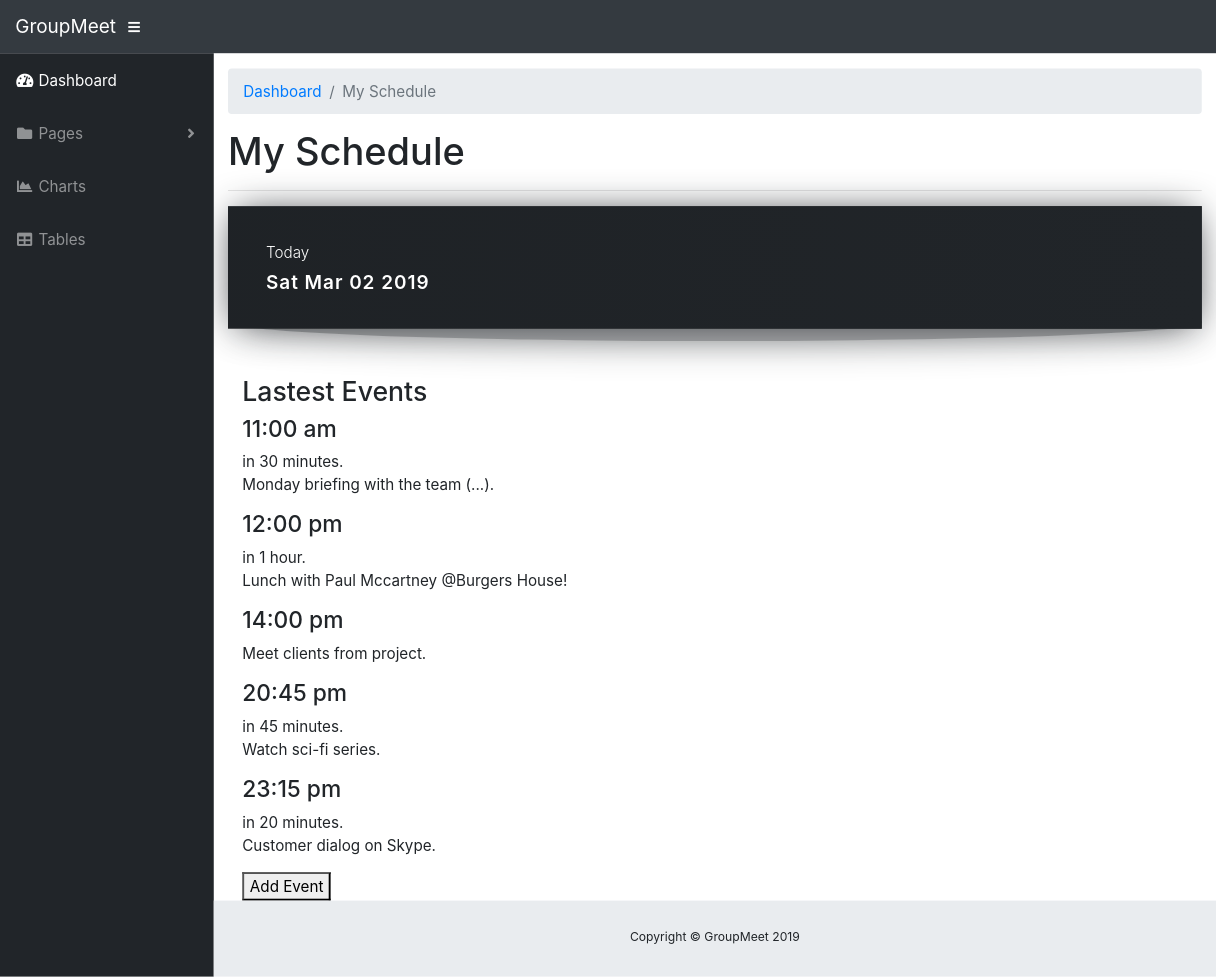
Repository: Map2g/GroupMeet
Page: messing_around.html
The author's editor kept a record of every edit. The page is drawn from the files as they stood at one moment, then again after the next edit.
The browser window is 1280 px wide. The pictures show the whole page, at 95% of full size.

Above is the page before.

After the next edit:
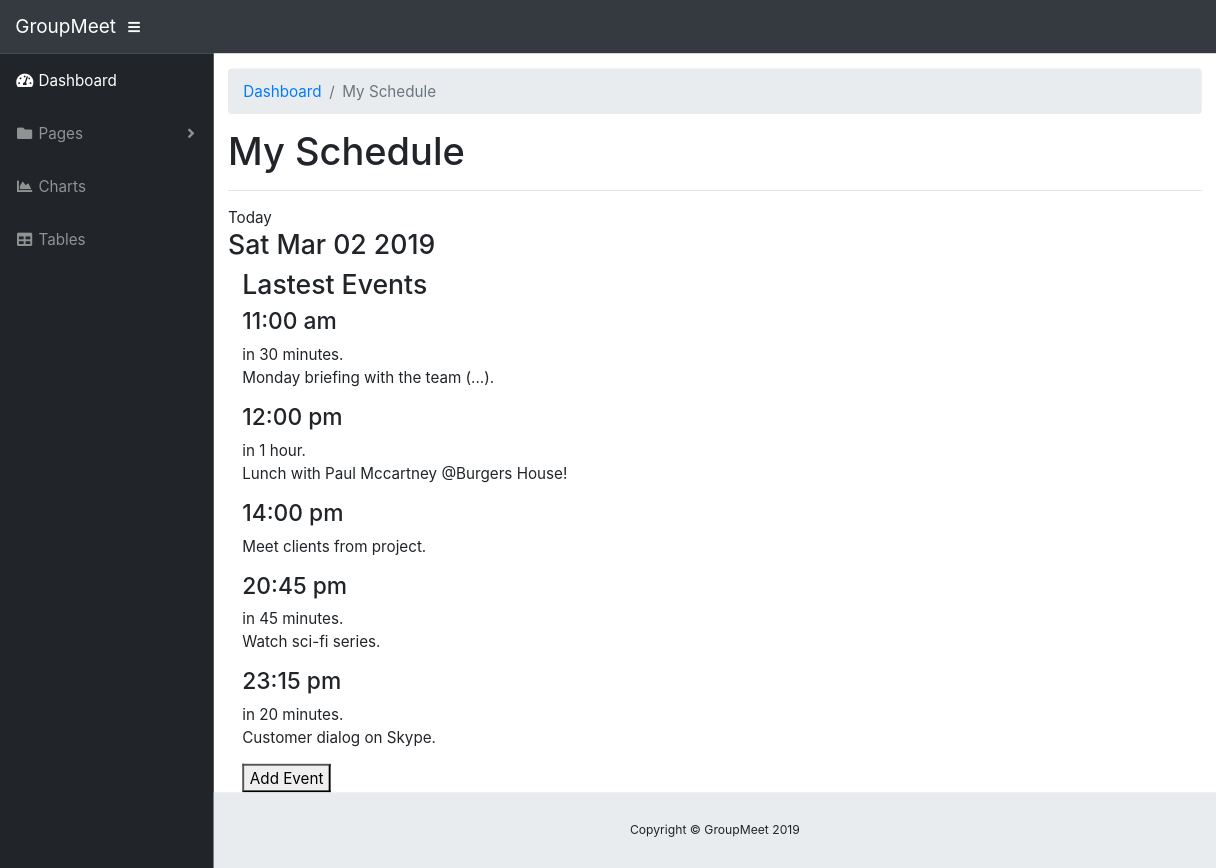
The edit:
--- a/calendar.css
+++ b/calendar.css
@@ -24,7 +24,7 @@
    }
 }*/
 
-.container {
+/*.container {
    width: 90%;
    margin: auto;
 }

After the edit that followed:
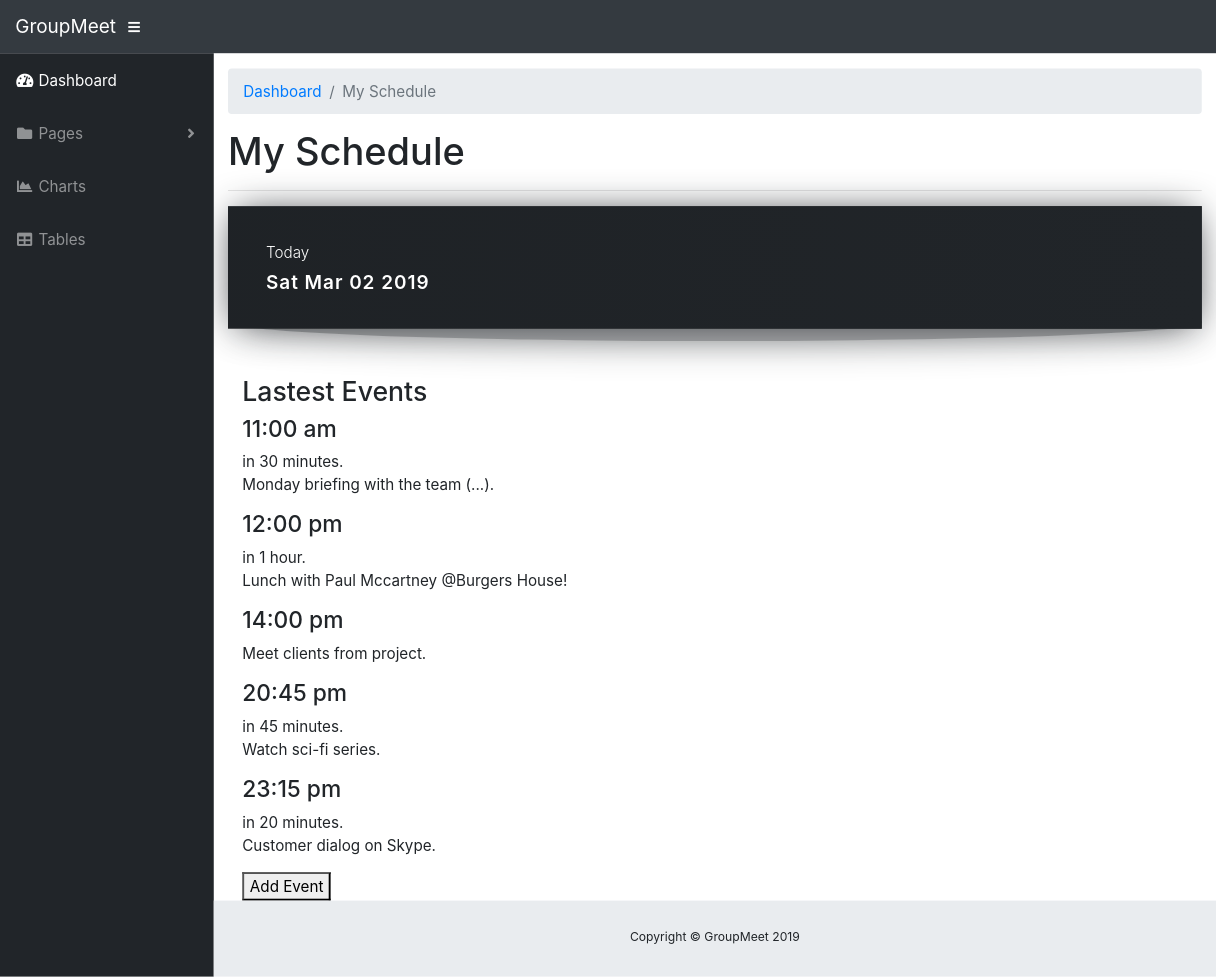
The edit:
--- a/calendar.css
+++ b/calendar.css
@@ -27,7 +27,7 @@
 /*.container {
    width: 90%;
    margin: auto;
-}
+}*/
 
 .mobile-wrapper {
    background: #fff;
